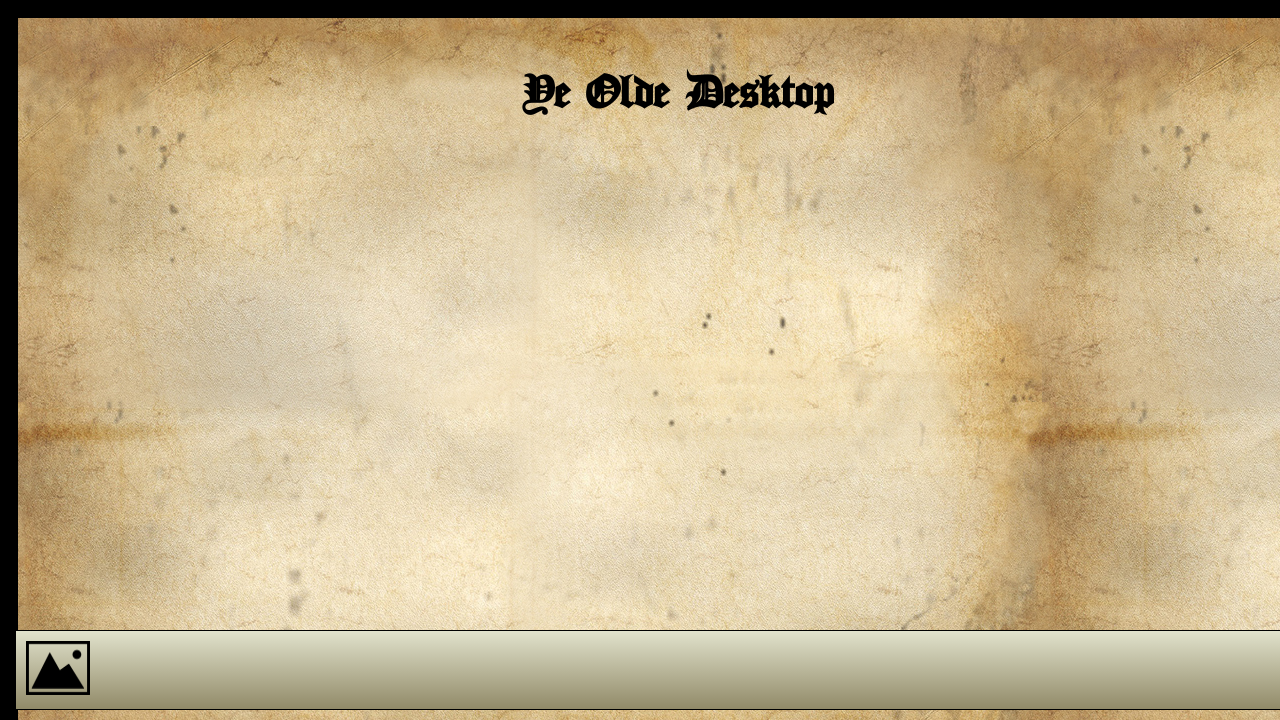
Repository: ma223md/1dv403-laborationer
Page: 5-pwd/index.html
The author's editor kept a record of every edit. The page is drawn from the files as they stood at one moment, then again after the next edit.
The browser window is 1280 px wide. The pictures show the whole page.

Above is the page before.

After the next edit:
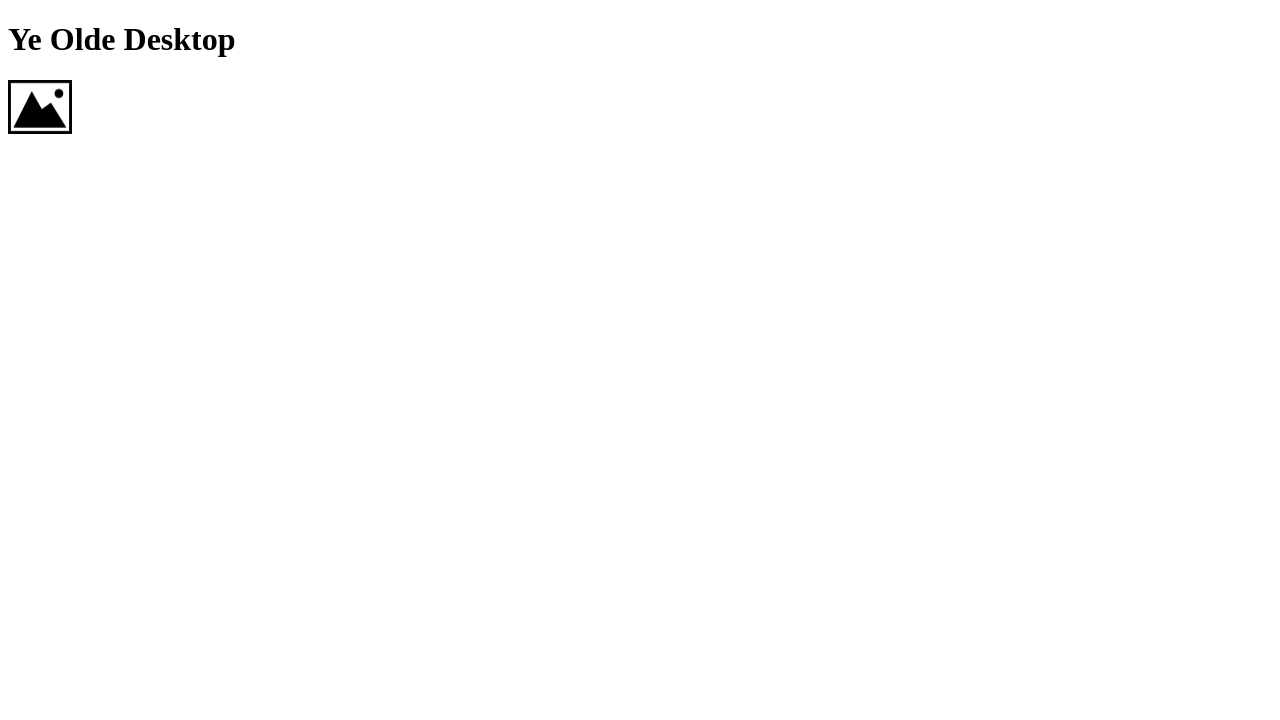
The edit:
--- a/5-pwd/css/pwdstyle.css
+++ b/5-pwd/css/pwdstyle.css
@@ -3,7 +3,7 @@
     src: url(../fonts/OldLondon.ttf);
 }
 
-@font-face {
+/*@font-face {
     font-family: article;
     src: url(../fonts/linowrite.eot);
 }

After the edit that followed:
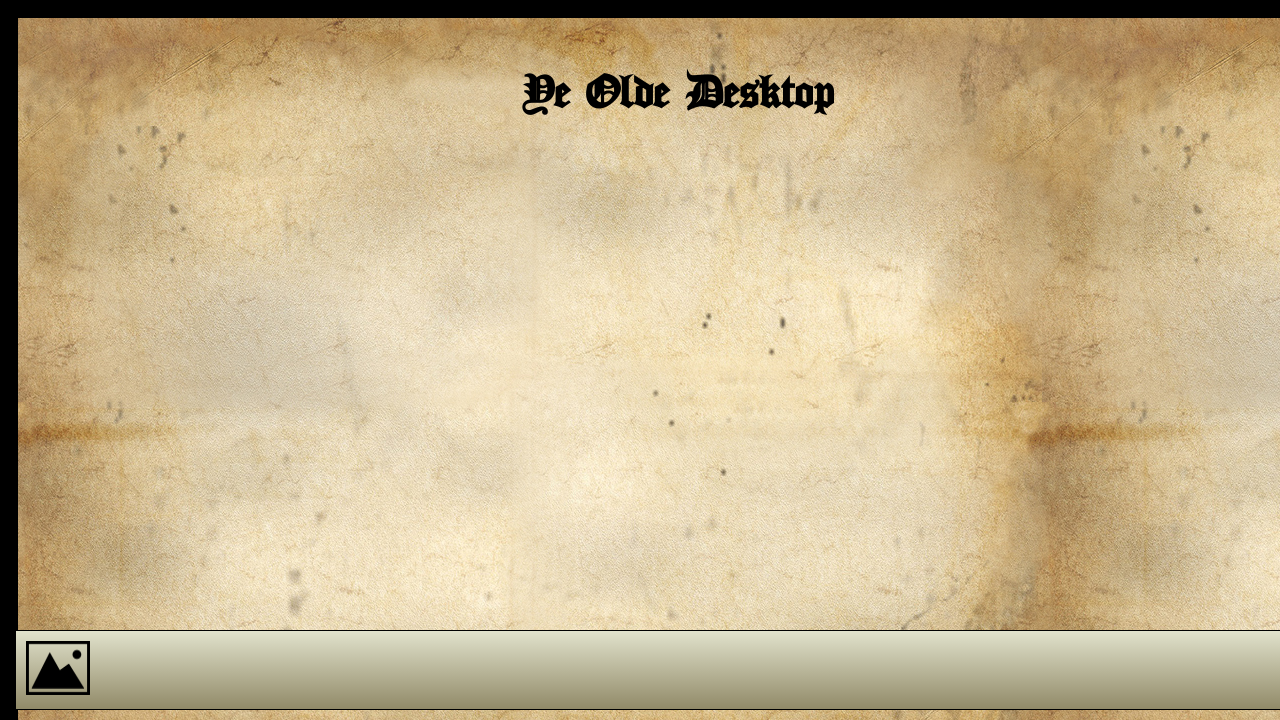
The edit:
--- a/5-pwd/css/pwdstyle.css
+++ b/5-pwd/css/pwdstyle.css
@@ -6,7 +6,7 @@
 /*@font-face {
     font-family: article;
     src: url(../fonts/linowrite.eot);
-}
+}*/
 
 body
 {
